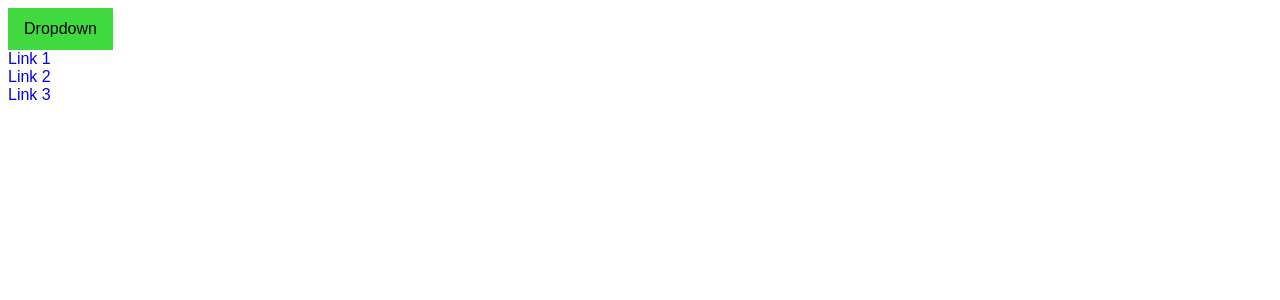
Repository: nvngon2604/Git
Page: web/index.html
The author's editor kept a copy of each file at every save. The page is drawn from the files as they stood at one save, then again after the next save.
The browser window is 1280 px wide. The pictures show the whole page.

Above is the page before, as saved 2020-05-10 17:30:44.

After the next save:
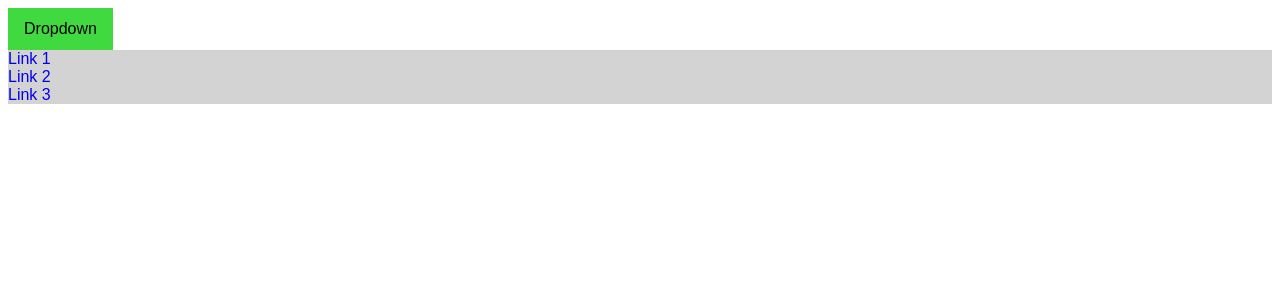
Saved 9 s later.
--- a/web/index.html
+++ b/web/index.html
@@ -23,6 +23,7 @@
         .dropdown-content {
             display: absolute;
             min-width: 160px;
+            background-color: rgb(211, 211, 211);
         }
         .dropdown-content a {
             text-decoration: none;

After the save that followed:
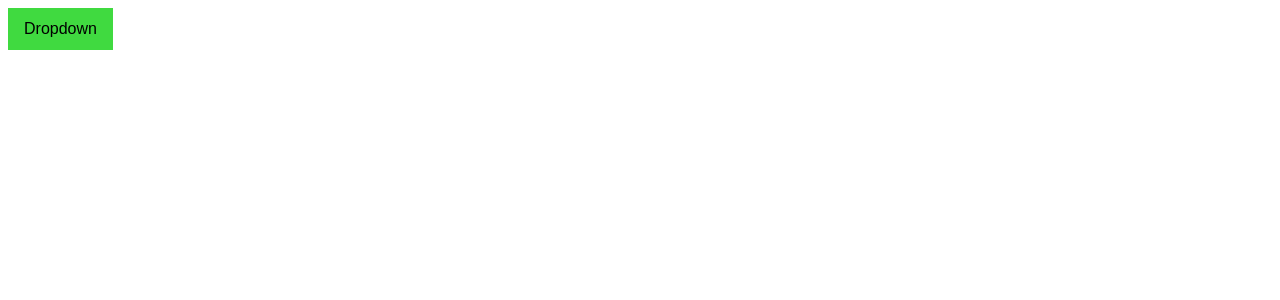
Saved 52 s later.
--- a/web/index.html
+++ b/web/index.html
@@ -21,6 +21,7 @@
             background-color: rgb(51, 155, 51);
         }
         .dropdown-content {
+            display: none;
             display: absolute;
             min-width: 160px;
             background-color: rgb(211, 211, 211);
